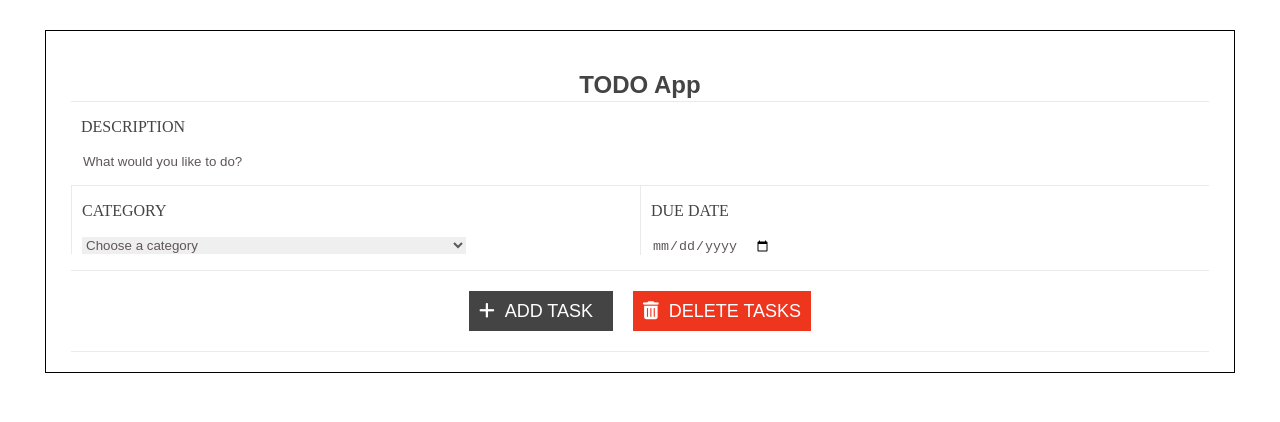
Repository: king-slayer97/TODO-App
Page: http://localhost/
These files come from the project's save history. The page is drawn as it stood at one moment and after a run of saves; the edit follows.
The browser window is 1280 px wide. The pictures show the whole page.
Some web libraries are served in a nearby version. The page is served by the project's Node server (index.js). Other server files are loaded and not shown. Queries for data that is not in the repository find no rows.

Above is the page before, as saved 2022-08-17 23:02:04.

### views/home.ejs
<!DOCTYPE html>
<html lang="en">

<head>
    <meta charset="UTF-8">
    <meta http-equiv="X-UA-Compatible" content="IE=edge">
    <meta name="viewport" content="width=device-width, initial-scale=1.0">
    <title>TODO App</title>
    <link rel="stylesheet" href="https://cdnjs.cloudflare.com/ajax/libs/font-awesome/6.1.1/css/all.min.css"
        integrity="sha512-KfkfwYDsLkIlwQp6LFnl8zNdLGxu9YAA1QvwINks4PhcElQSvqcyVLLD9aMhXd13uQjoXtEKNosOWaZqXgel0g=="
        crossorigin="anonymous" referrerpolicy="no-referrer" />
    <link rel="stylesheet" href="/css/home.css">
</head>

<body>
    <div class="wrapper">
        <div class="heading">
            <h2>TODO App</h2>
        </div>
        <form action="" method="post">
            <div class="description">
                <p>Description</p>
                <input type="text" name="description" placeholder="What would you like to do?">
            </div>
            <div class="section2">
                <div class="category">
                    <p>Category</p>
                    <select name="category">
                        <option selected disabled><i class="fa-solid fa-caret-down"></i>Choose a category </option>
                        <option value="Personal">Personal</option>
                        <option value="Work">Work</option>
                        <option value="School">School</option>
                        <option value="Cleaning">Cleaning</option>
                        <option value="Other">Other</option>
                    </select>
                </div>
                <div class="date">
                    <p>Due Date</p>
                    <input type="date" name="due_date">
                </div>
            </div>
            <div class="buttons">
                <button type="submit" id="add-button" formaction="/create-task"><i class="fa-solid fa-plus"></i>Add
                    Task</button>
                <button id="delete-button" formaction="/delete-task"><i class="fa-solid fa-trash-can"></i>Delete
                    Tasks</button>
            </div>
            <!-- </form>
        <form action="/delete-task" method="POST"> -->
            <div class="tasks">
                <% for(let task of tasks){ %>
                    <div class="task-wrapper">
                        <div class="input-wrapper">
                            <input type="checkbox" name="taskItem" value=<%=task._id %>>
                            <div class="task">
                                <div class="task-desc-wrapper">
                                    <div class="task-desc">
                                        <label class="strike-<%=task._id %>">
                                            <%=task.description %>
                                        </label>
                                    </div>
                                    <span class="task-dueDate strike-<%=task._id %>">
                                        <i class="fa-solid fa-calendar-days"></i>
                                        <span class="task-date">
                                            <%=task.due_date %>
                                        </span>
                                    </span>
                                </div>
                            </div>
                        </div>
                            <div class="task-category">
                                <%=task.category %>
                            </div>
                    </div>
                        <% } %>
        </form>
    </div>
    <script src="/js/home.js"></script>
</body>

</html>

### index.js
const express = require('express');
const PORT = 3000;
const app = express();
const db = require('./config/mongoose');

//setup view engine
app.set('view engine', 'ejs');
app.set('views','./views');
app.use(express.static('assets'));
app.use(express.urlencoded());

//importing routes
const router = require('./routes');
app.use('/',router);

//Listening on port 3000
app.listen(PORT, function(err){
    if(err) {
        console.log(`Error: ${err}`);
    }
    else{
        console.log(`Listening on port ${PORT}`);
    }
});

### controllers/home_controller.js
const Task = require('../models/userTask');

module.exports.homePage = function(req, res){
    Task.find({}, function(err, taskList){
        if(err){
            console.log(`Couldnt perform read operation. Please try again!`);
        }
        else{
            // console.log(taskList);
            res.render('home',{title: "TODO App",tasks:taskList});
        }
    });
};

### assets/css/home.css
body {
  margin: 0;
}

.wrapper {
  border: 1px solid black;
  padding: 20px 25px;
  margin: 30px 45px;
  /* height: 90vh; */
}

.heading {
  text-align: center;
  border-bottom: 1px solid #eaeaea;
  height: 30px;
  /* display: flex;
    align-items: center;
    justify-content: center; */
}

.heading h2 {
  color: #444444;
  font-family: Arial, Helvetica, sans-serif;
  /* font-style: inherit; */
}

.description {
  border-bottom: 1px solid #eaeaea;
  /* display: flex;
    flex-direction:column;
    justify-content: flex-start; */
  /* background-color: yellow; */
  padding: 0px 10px;
  padding-bottom: 15px;
}

.description p,
.category p,
.date p {
  color: #444444;
  text-transform: uppercase;
  /* background-color: pink; */
}

.description input[type="text"] {
  border-style: none;
  width: 100%;
  /* text-align: left; */
}

.section2 {
  display: flex;
  align-items: center;
  justify-content: flex-start;
  border-bottom: 1px solid #eaeaea;
  padding-bottom: 15px;
}

.category select {
  width: 70%;
  /* -webkit-appearance: none;
  -moz-appearance: none;
  appearance: none; Remove default arrow */
  /* background-image: url(...);   Add custom arrow */
  /* background-color: transparent; */
}

select option {
  cursor: pointer;
  /* color: #333; */
}

/* select option:hover{
  background-color:pink;
} */

.category,
.date {
  /* height: 100%; */
  padding: 0px 10px;
  flex: 0.5;
}

/* .date input[type="date"] {
  /* height: 100%; */
/* } */

.category select,
.description input[type="text"],
input::placeholder,
.date input[type="date"] {
  font-size: 0.9 rem;
  border: none;
  outline: 0px;
  color: rgb(94, 87, 87);
  /* -webkit-appearance: button; */
  /* -webkit-box-shadow: 0px 1px 3px rgba(0, 0, 0, 0.1); */
}

.section2 .date,
.section2 .category {
  border-left: 1px solid #eaeaea;
}

.buttons {
  padding: 10px 15px;
  display: flex;
  align-items: center;
  justify-content: center;
  border-bottom: 1px solid #eaeaea;
}

.buttons button {
  margin: 10px;
  height: 40px;
  /* width: 150px; */
  text-transform: uppercase;
  color: white;
  border: none;
  padding: 5px 10px;
  cursor: pointer;
  font-size: large;
}

#add-button {
  background-color: #444444;
  padding-right: 20px;
}

#delete-button {
  background-color: #ee351e;
}

#delete-button i,
#add-button i {
  margin-right: 10px;
}

.tasks {
  /* margin-top: 20px; */
}

.tasks .task {
  padding: 10px 0px;
  display: flex;
  align-items: center;
  justify-content: space-between;
}

.tasks .task-desc {
  display: flex;
  align-items: center;
}

.task-wrapper{
  display: flex;
  align-items: center;
  justify-content: space-between;
  border-bottom: 1px solid #eaeaea;
  padding: 10px;
}

.input-wrapper{
  display: flex;
  align-items: center;
}

input[type="checkbox"] {
  accent-color: green;
  width: 15px;
  height: 15px;
}

.tasks .task-dueDate {
  font-size: 12px;
  /* margin: 20px; */
  margin-left: 30px;
  color: grey;
}

.task-date{
  margin-left: 5px;
  text-transform: uppercase;
}

.tasks .task-category {
  /* border: 1px solid black; */
  padding: 10px 5px;
  text-transform: uppercase;
  width: 90px;
  text-align: center;
  color: white;
}

### assets/js/home.js
console.log(`This is home.js`);

let categoryContainer = document.querySelectorAll(".task-category");
console.log(categoryContainer);

//changing the date format
let dueDates = document.querySelectorAll(".task-date");
console.log(dueDates);
for (let i = 0; i < dueDates.length; i++) {
  var mydate = new Date(dueDates[i].innerText);
  console.log(mydate);
  var month = [
    "Jan",
    "Feb",
    "Mar",
    "Apr",
    "May",
    "June",
    "July",
    "Aug",
    "Sep",
    "Oct",
    "Nov",
    "Dec",
  ][mydate.getMonth()];
  let str;
  if (month === undefined) {
    str = "No Deadline";
  } else {
    str = month + " " + mydate.getDate() + ", " + mydate.getFullYear();
}
    dueDates[i].innerText = str;
}

//Maintaining the color of the Category
for (let category of categoryContainer) {
  if (category.innerText == "SCHOOL") {
    category.style.backgroundColor = "#f2a700";
  } else if (category.innerText == "WORK") {
    category.style.backgroundColor = "#9c00af";
  } else if (category.innerText == "PERSONAL") {
    category.style.backgroundColor = "#3f51b5";
  } else {
    category.style.display = "none";
  }
}

var checkedBoxes = document.querySelectorAll('input[name="taskItem"]');
console.log(checkedBoxes);

//Adding event listeners for striking off the checked task
for (let i = 0; i < checkedBoxes.length; i++) {
  let id = checkedBoxes[i].defaultValue;
  let elements = document.querySelectorAll(`.strike-${id}`);
  elements.forEach(function (element) {
    element.style.marginLeft = "10px";
  });
  checkedBoxes[i].addEventListener("click", function () {
    if (checkedBoxes[i].checked) {
      elements.forEach(function (element) {
        element.style.textDecoration = "line-through";
        element.style.opacity = "0.3";
      });
    } else {
      elements.forEach(function (element) {
        element.style.textDecoration = "none";
        element.style.opacity = "1";
      });
    }
    // document.querySelector(`#${checkedBoxes[i].defaultValue}`).
    // if(document.querySelectorAll('input[name="taskItem"]:checked')){
    //     let elements = document.querySelectorAll('.strike');
    //     console.log(elements);
    // }
    console.log(`Inside Event Listener`);
  });
}

After the next 2 saves:
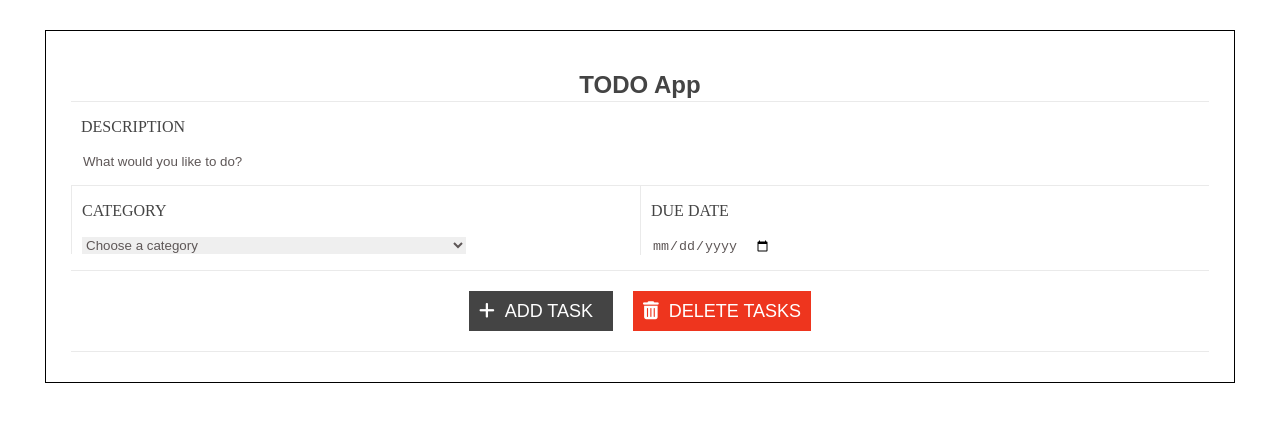
The 2 saves are shown as one change because they came seconds apart.
The last was saved 58 s later.
--- a/assets/css/home.css
+++ b/assets/css/home.css
@@ -137,7 +137,7 @@
 }
 
 .tasks {
-  /* margin-top: 20px; */
+  margin-top: 10px;
 }
 
 .tasks .task {

After the save that followed:
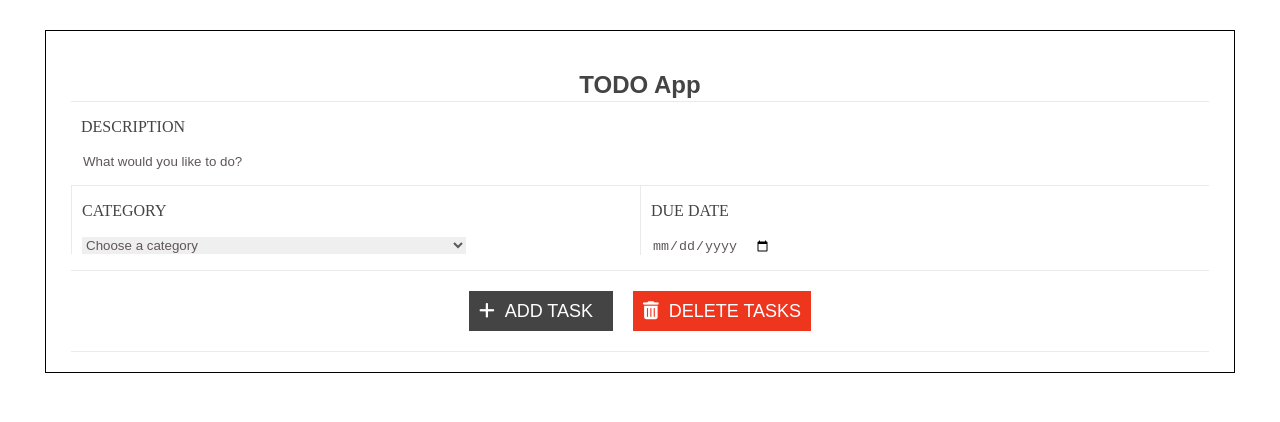
Saved 17 s later.
--- a/assets/css/home.css
+++ b/assets/css/home.css
@@ -137,7 +137,7 @@
 }
 
 .tasks {
-  margin-top: 10px;
+  /* margin-top: 10px; */
 }
 
 .tasks .task {
